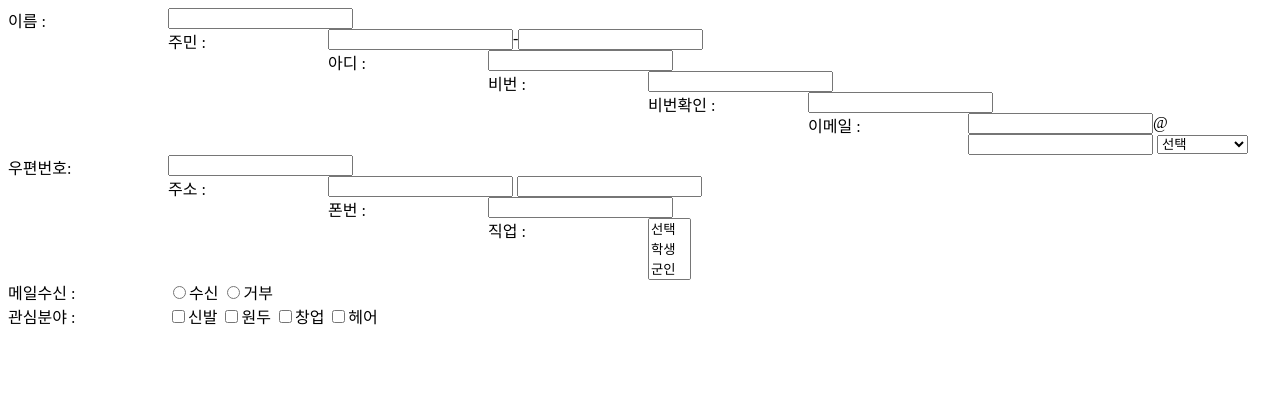
Repository: supremehappy/JSP_test02
Page: http://localhost/JSP_Test/JSP_Test_02.jsp
The author's editor kept a copy of each file at every save. The page is drawn from the files as they stood at one save, then again after the next save.
The browser window is 1280 px wide. The pictures show the whole page.
The page is served by Tomcat 9.

Above is the page before, as saved 2017-07-14 06:48:29.

### JSP_Test/WebContent/JSP_Test_02.jsp
<%@ page language="java" contentType="text/html; charset=UTF-8"
    pageEncoding="UTF-8"%>
<!DOCTYPE html PUBLIC "-//W3C//DTD HTML 4.01 Transitional//EN" "http://www.w3.org/TR/html4/loose.dtd">
<html>
<head>
<meta http-equiv="Content-Type" content="text/html; charset=UTF-8">
<title>Insert title here</title>
<style type="text/css">
	label {
	width:160px;
	display: inline-block;
	float: left;
}
</style>
</head>
<body>

		<label>이름 : </label>
		<input type="text" name="name"><br>
		<label>주민 : </label>
		<input type="text" name="jumin">-<input type="password" name="jumin2"><br>
		<label>아디 : </label>
		<input type="text" name="id"><br>
		<label>비번 : </label>
		<input type="password" name="pw"><br>
		<label>비번확인 : </label>
		<input type="password" name="pw2"><br>
		<label>이메일 : </label>
		<input type="text" name="mail">@<input type="text" name="mail2">
		<select name="mail3" size="1">
			<option value="">선택</option>
			<option value="네이버">naver.com</option>
			<option value="다음">daum.net</option>
			<option value="구글">google.com</option>
		</select>
		<br>
		<label>우편번호: </label>
		<input type="text" name="post"><br>
		<label>주소 : </label>
		<input type="text" name="addr">&nbsp;<input type="text" name="addr2"><br>
		<label>폰번 : </label>
		<input type="text" name="phone"><br>
		<label>직업 : </label>
		<select name="job" size="3">
			<option value="">선택</option>
			<option value="학생">학생</option>
			<option value="군인">군인</option>
			<option value="언론">언론</option>
			<option value="공무원">공무원</option>
			<option value="유통업">유통업</option>
			<option value="제조업">제조업</option>
			<option value="운수업">운수업</option>
			<option value="개발자">개발자</option>
			<option value="자영업">자영업</option>
		</select><br>
		<label>메일수신 : </label>
		<input type="radio" name="chk_mail" value="ok">수신
		<input type="radio" name="chk_mail" value="no">거부
		<br>
		<label>관심분야 : </label>
		<input type="checkbox" name="item" value="신발">신발
		<input type="checkbox" name="item" value="원두">원두
		<input type="checkbox" name="item" value="창업">창업
		<input type="checkbox" name="item" value="헤어">헤어
		<br>
</body>
</html>

After the next save:
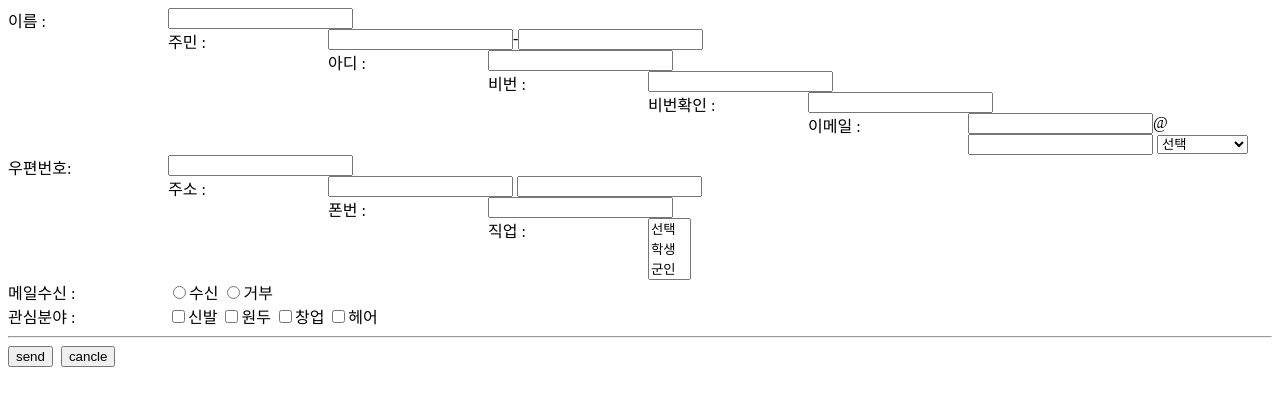
Saved 78 s later.
--- a/JSP_Test/WebContent/JSP_Test_02.jsp
+++ b/JSP_Test/WebContent/JSP_Test_02.jsp
@@ -62,6 +62,8 @@
 		<input type="checkbox" name="item" value="원두">원두
 		<input type="checkbox" name="item" value="창업">창업
 		<input type="checkbox" name="item" value="헤어">헤어
-		<br>
+		<br><hr>
+		<input type="submit" value="send">&nbsp;
+		<input type="reset" value="cancle">
 </body>
 </html>
